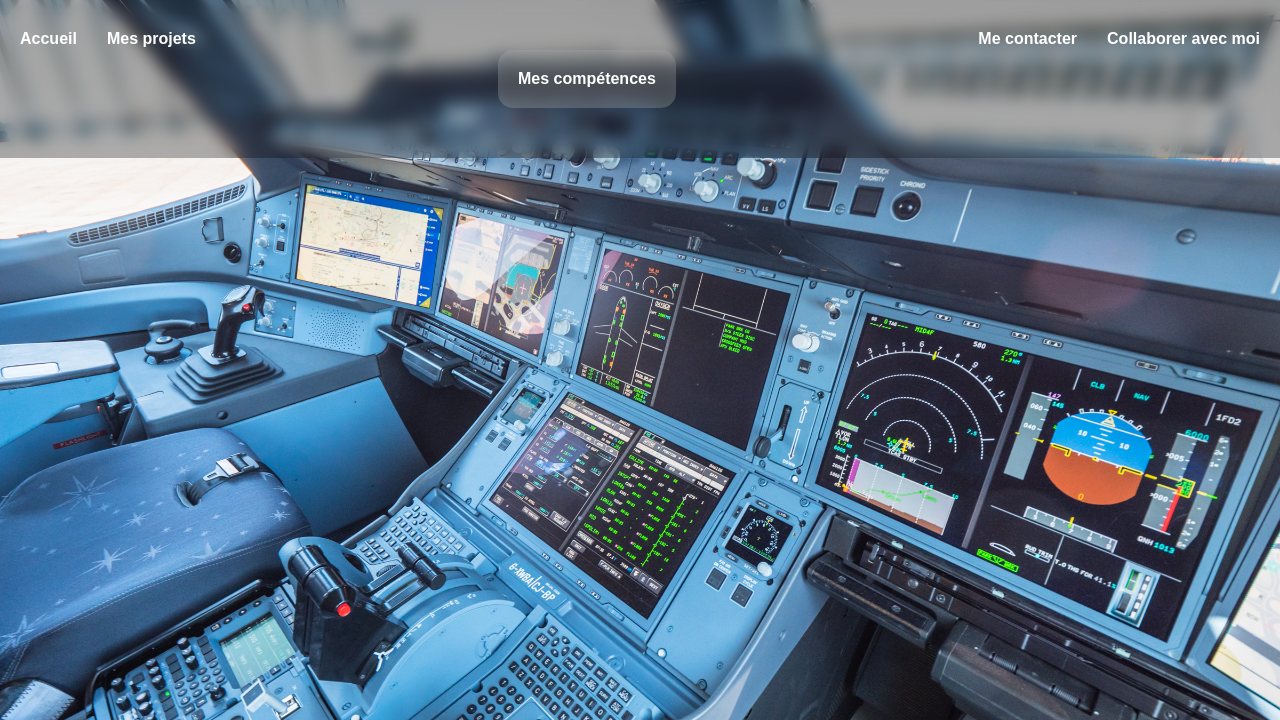
Repository: nlagardere/myportfolio
Page: competences.html
These files come from the project's save history. The page is drawn as it stood at one moment and after the next save; the edit follows.
The browser window is 1280 px wide. The pictures show the whole page.

Above is the page before, as saved 2025-09-06 10:39:36.

After the next save:
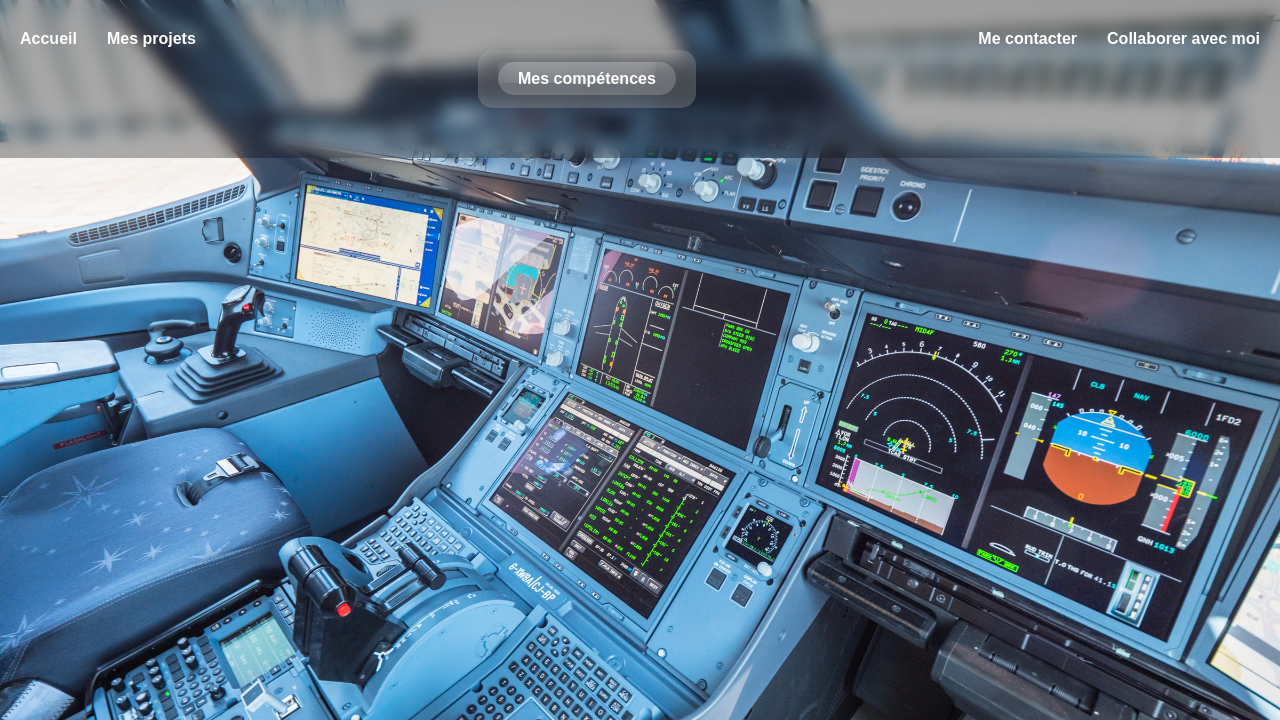
Saved 8 s later.
--- a/competences.html
+++ b/competences.html
@@ -83,7 +83,7 @@
       color: #e6e62a;
     }
 
-        .accueil-wrapper {
+.competences-wrapper {
   background: rgba(255, 255, 255, 0.2);
   backdrop-filter: blur(10px);
   padding: 8px 20px;
